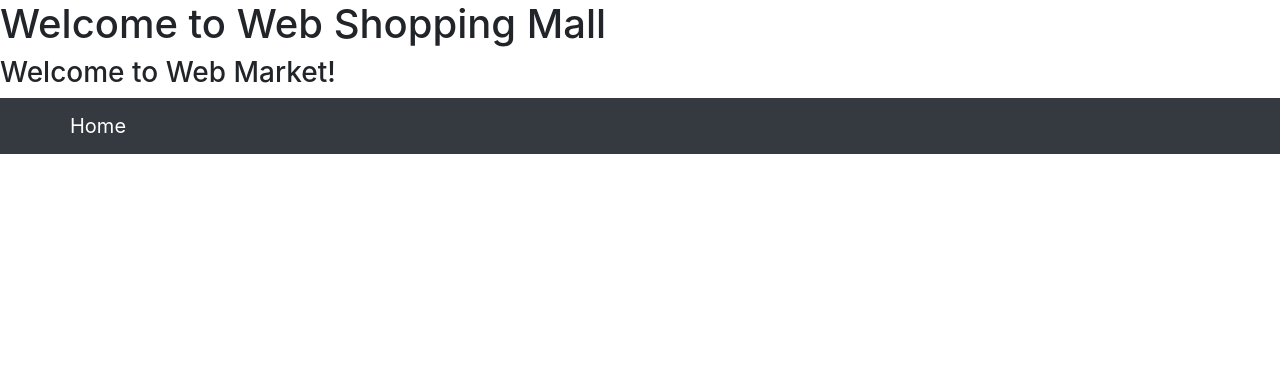
Repository: ifpi98/java_e
Page: http://localhost/jspproject/welcome.jsp
These files come from the project's save history. The page is drawn as it stood at one moment and after the next save; the edit follows.
The browser window is 1280 px wide. The pictures show the whole page.
The page is served by Tomcat 9.

Above is the page before, as saved 2023-07-06 02:52:19.

### jspproject/src/main/webapp/welcome.jsp
<%@ page language="java" contentType="text/html; charset=EUC-KR"
    pageEncoding="EUC-KR"%>
<!DOCTYPE html>
<html>
<head>
<meta charset="EUC-KR">
<title>Insert title here</title>

<link rel = "stylesheet"
	href = "https://maxcdn.bootstrapcdn.com/bootstrap/4.0.0/css/bootstrap.min.css">

</head>
<body>

	<%! String greeting = "Welcome to Web Shopping Mall";
	String tagline = "Welcome to Web Market!"; %>

	<h1>
		<%= greeting %>
	</h1>
	<h3>
		<%= tagline %>
	</h3>

	<nav class = "navbar navbar-expand navbar-dark bg-dark">
		<div class = "container">
			<div class = "navbar-header">
				<a class = "navbar-brand" href="./welcome.jsp">Home</a>
			</div>
		</div>
	</nav>

</body>
</html>

After the next save:
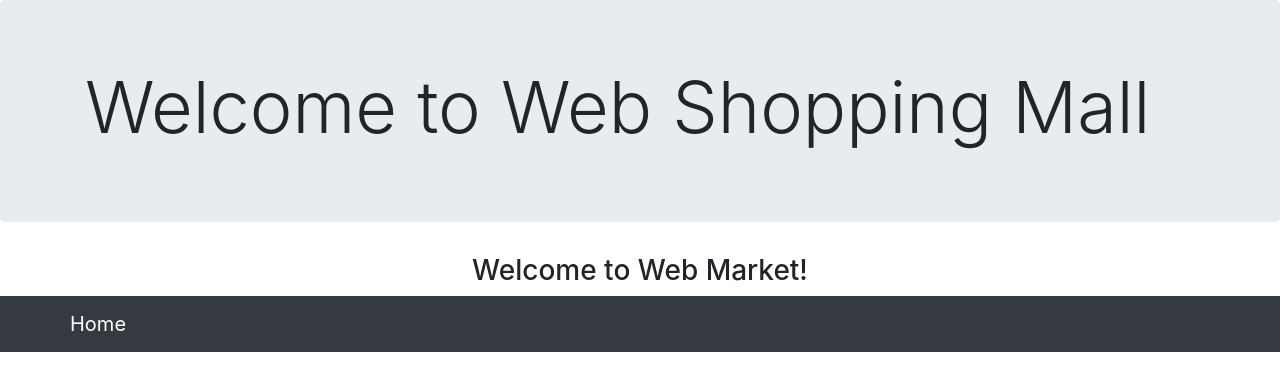
Saved 2 min 44 s later.
--- a/jspproject/src/main/webapp/welcome.jsp
+++ b/jspproject/src/main/webapp/welcome.jsp
@@ -15,12 +15,22 @@
 	<%! String greeting = "Welcome to Web Shopping Mall";
 	String tagline = "Welcome to Web Market!"; %>
 
-	<h1>
-		<%= greeting %>
-	</h1>
-	<h3>
-		<%= tagline %>
-	</h3>
+	<div class = "jumbotron">
+		<div class = "container">
+			<h1 class = "display-3">
+				<%= greeting %>
+			</h1>
+		</div>
+	</div>
+	<main role = "main">
+		<div class = "container">
+			<div class = "text-center">
+				<h3>
+					<%= tagline %>
+				</h3>
+			</div>
+		</div>
+	</main>
 
 	<nav class = "navbar navbar-expand navbar-dark bg-dark">
 		<div class = "container">
